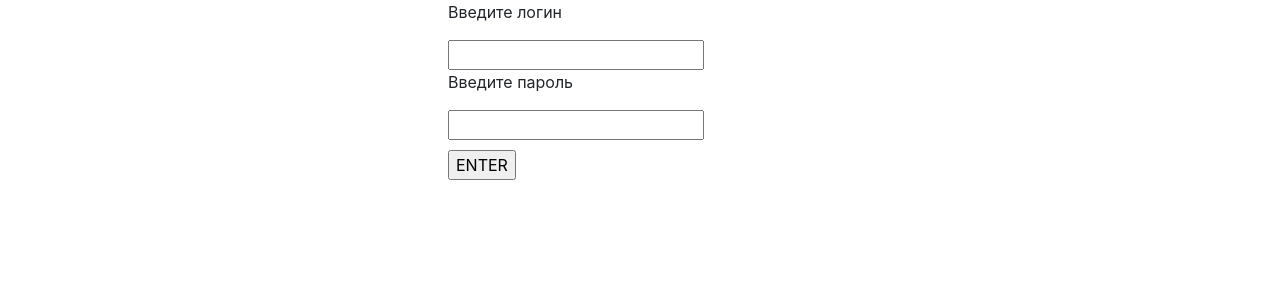
Repository: sMoonBeam/Labs
Page: MyList/WebContent/index.html
These files come from the project's save history. The page is drawn as it stood at one moment and after the next save; the edit follows.
The browser window is 1280 px wide. The pictures show the whole page.

Above is the page before, as saved 2019-10-16 20:42:45.

After the next save:
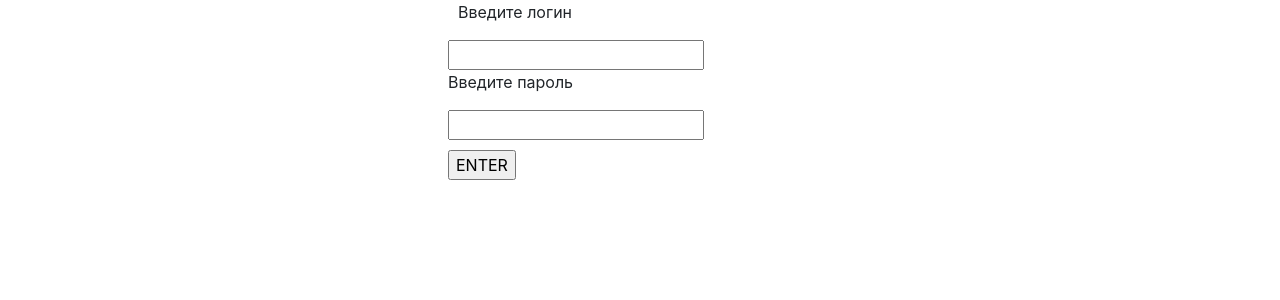
Saved 21 s later.
--- a/MyList/WebContent/index.html
+++ b/MyList/WebContent/index.html
@@ -8,7 +8,7 @@
 </head>
 <body>
 	<form  action="mylist" method="POST" style="margin-left: 35%;">
-		<p>Введите логин</p>
+		<p style="margin-left:10px;">Введите логин</p>
 		<input type="text" name="login" required/>
 		<p>Введите пароль</p>
 		<input type="text" name="password"/>
